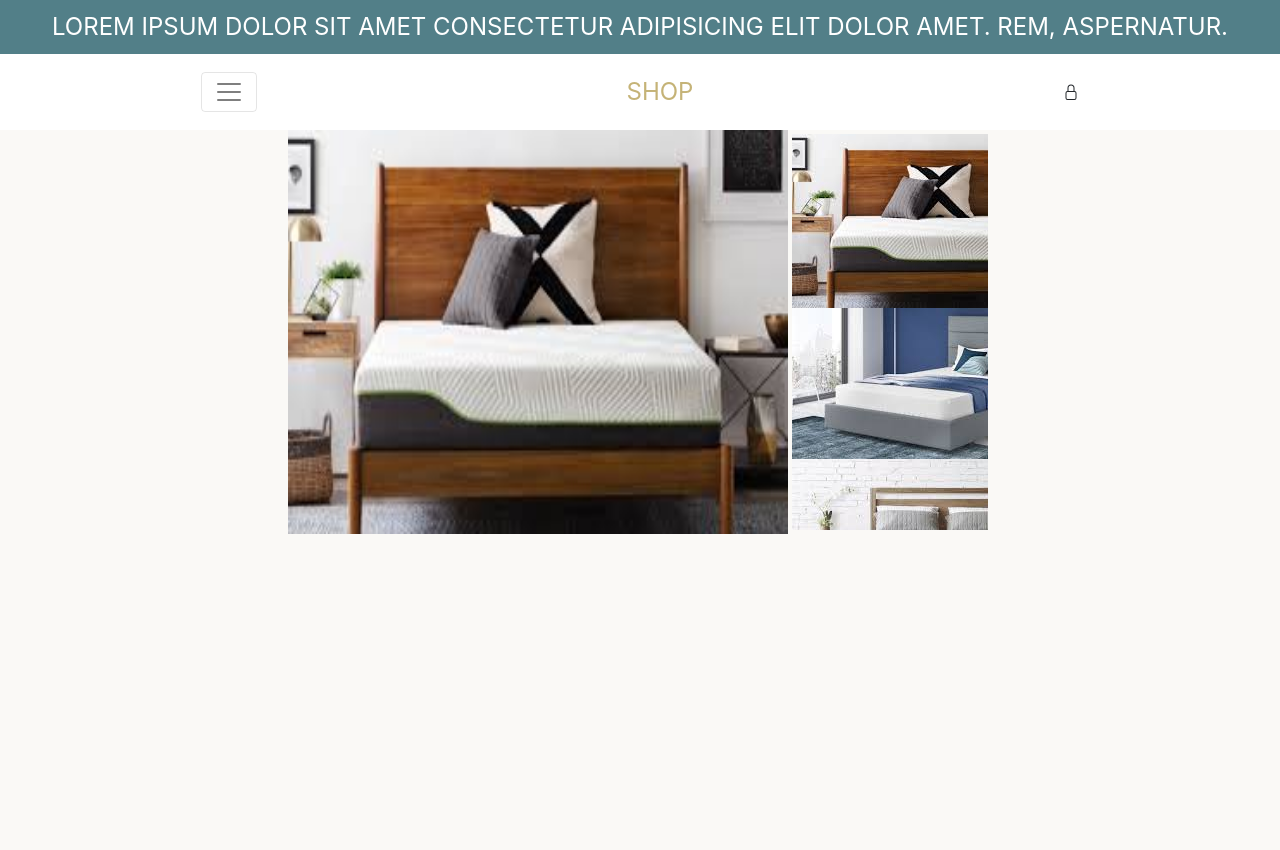
Repository: DaNiels89/frontendassignmentbogbootcamp
Page: index.html
An editor plug-in stored every save of this project. The page is shown before and after the next save, followed by the edit.
The browser window is 1280 px wide. The pictures show the whole page.

Above is the page before, as saved 2020-03-19 18:36:45.

After the next save:
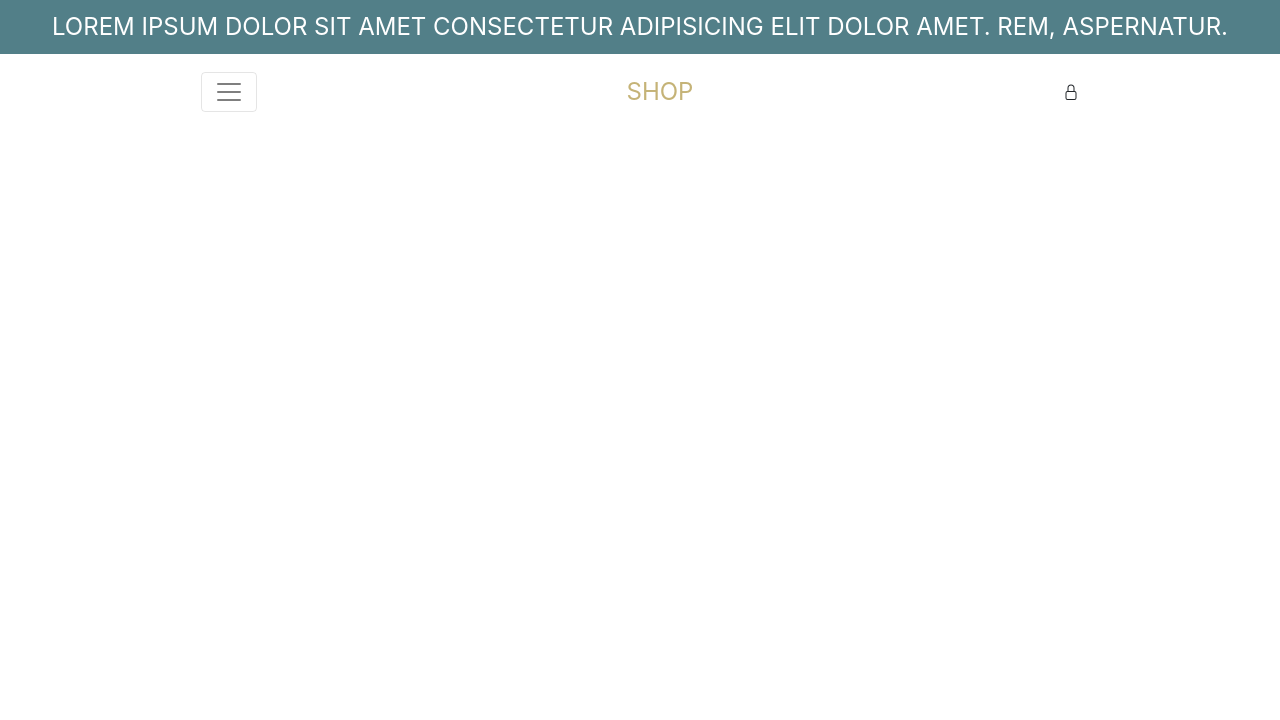
Saved 2 min 6 s later.
--- a/index.html
+++ b/index.html
@@ -57,7 +57,7 @@
       </nav>
     </div>
 
-    <div class="carousel-outer-div">
+    <!-- <div class="carousel-outer-div">
       <div class="carousel-inner-div">
         <img class="get-image" src="img/bed1.jpeg" alt="" />
         <div class="right-carousel">
@@ -79,6 +79,6 @@
           </div>
         </div>
       </div>
-    </div>
+    </div> -->
   </body>
 </html>

After the save that followed:
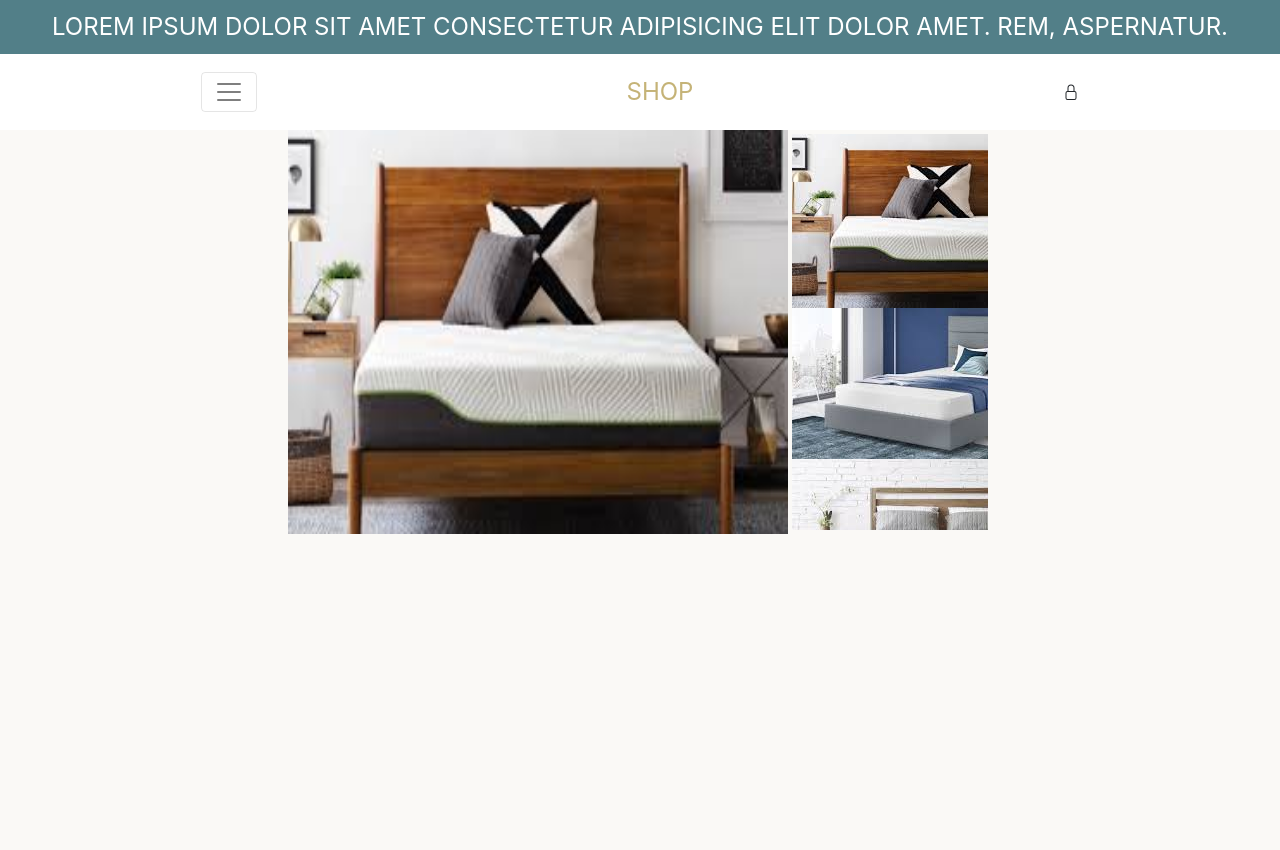
Saved 3 min 27 s later.
--- a/index.html
+++ b/index.html
@@ -57,7 +57,7 @@
       </nav>
     </div>
 
-    <!-- <div class="carousel-outer-div">
+    <div class="carousel-outer-div">
       <div class="carousel-inner-div">
         <img class="get-image" src="img/bed1.jpeg" alt="" />
         <div class="right-carousel">
@@ -79,6 +79,6 @@
           </div>
         </div>
       </div>
-    </div> -->
+    </div>
   </body>
 </html>
